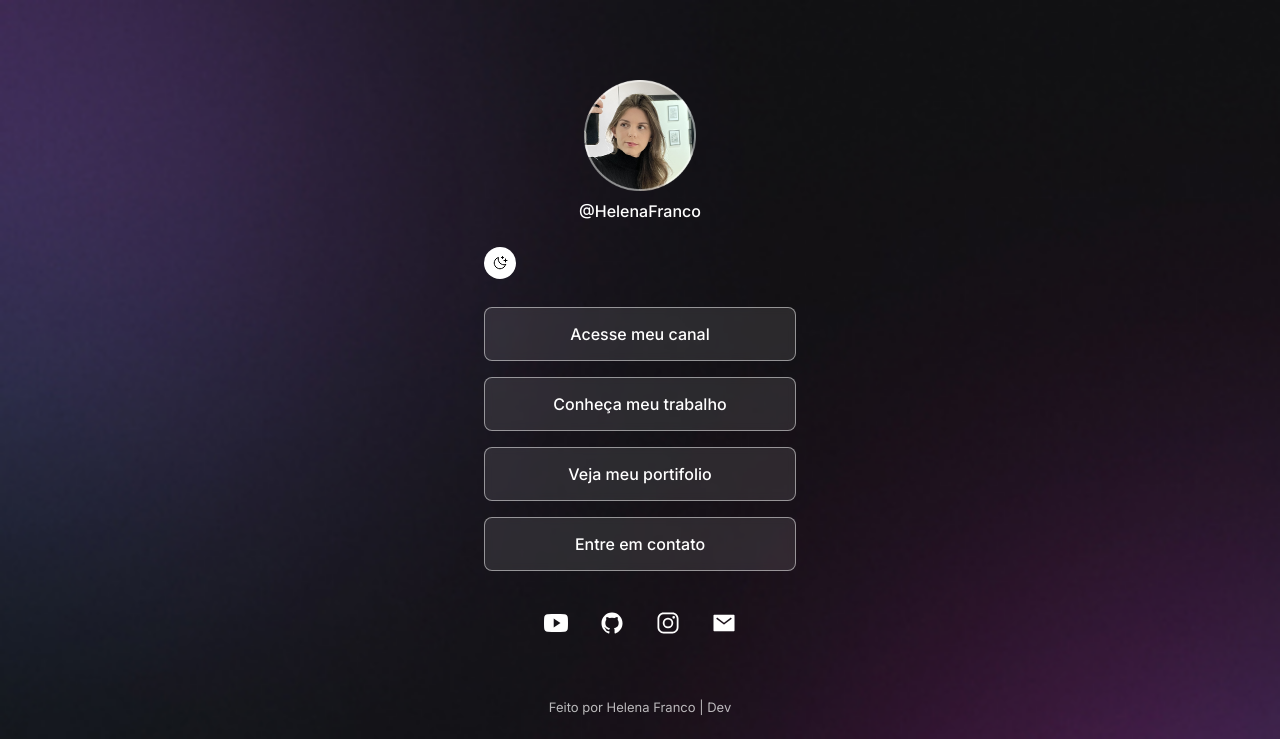
Repository: Fr4nc021/Pagina-de-links-
Page: index.html
An editor plug-in stored every save of this project. The page is shown before and after the next save, followed by the edit.
The browser window is 1280 px wide. The pictures show the whole page.

Above is the page before, as saved 2025-02-15 22:13:26.

After the next save:
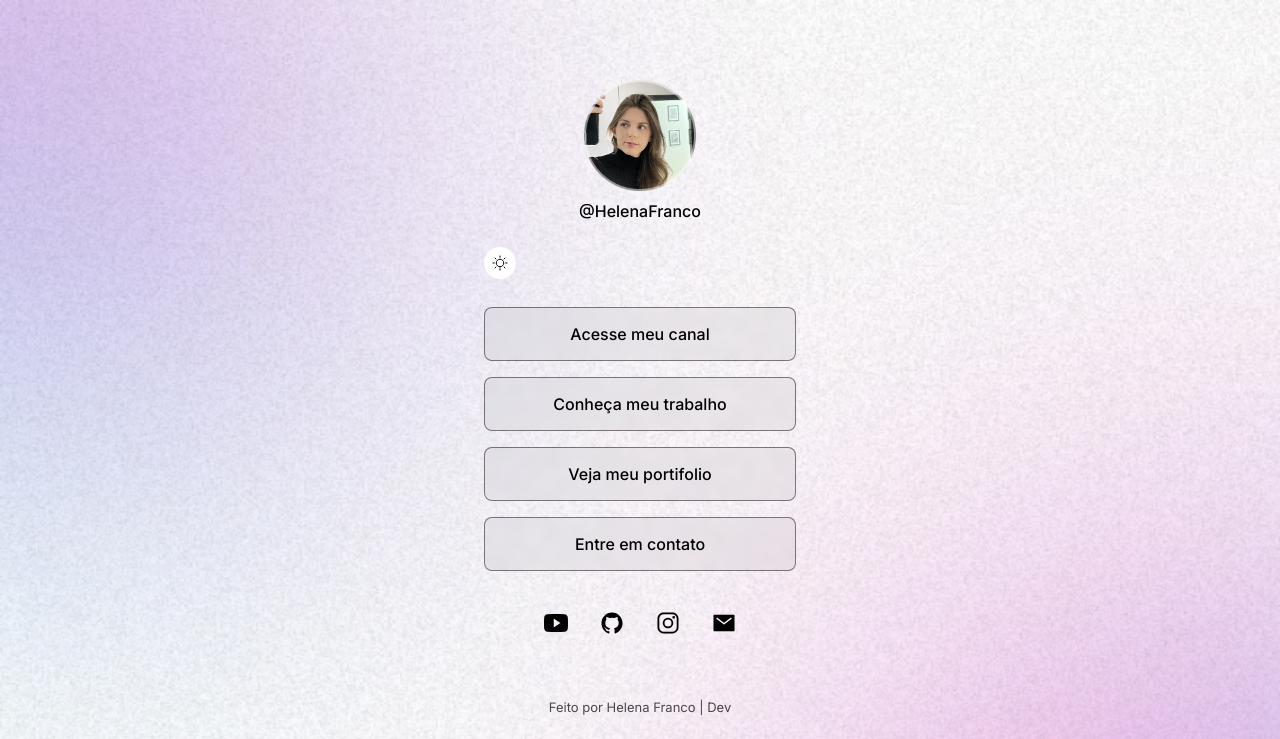
Saved 46 s later.
--- a/index.html
+++ b/index.html
@@ -1,5 +1,5 @@
 <!DOCTYPE html>
-<html lang="pt-br" class="">
+<html lang="pt-br" class="light">
     <head>
     <link rel="preconnect" href="https://fonts.googleapis.com" />
     <link rel="preconnect" href="https://fonts.gstatic.com" crossorigin

After the save that followed:
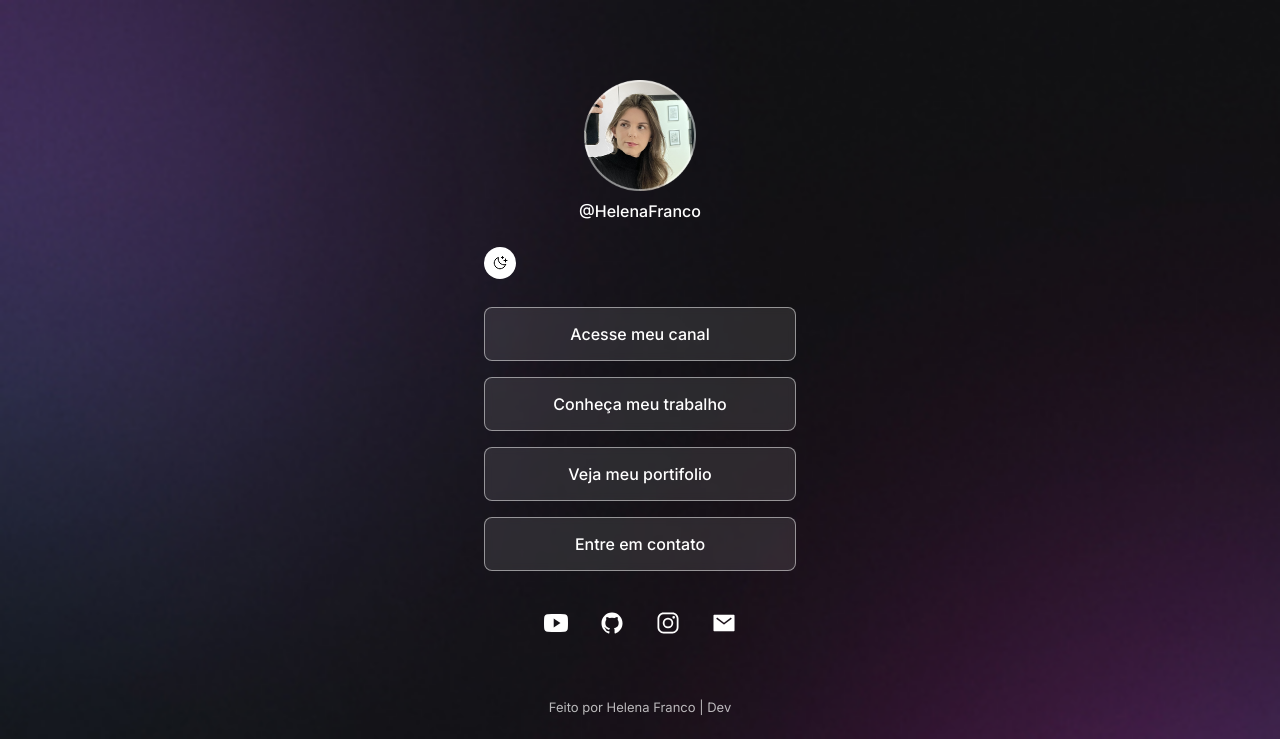
Saved 14 s later.
--- a/index.html
+++ b/index.html
@@ -1,5 +1,5 @@
 <!DOCTYPE html>
-<html lang="pt-br" class="light">
+<html lang="pt-br" class="">
     <head>
     <link rel="preconnect" href="https://fonts.googleapis.com" />
     <link rel="preconnect" href="https://fonts.gstatic.com" crossorigin
